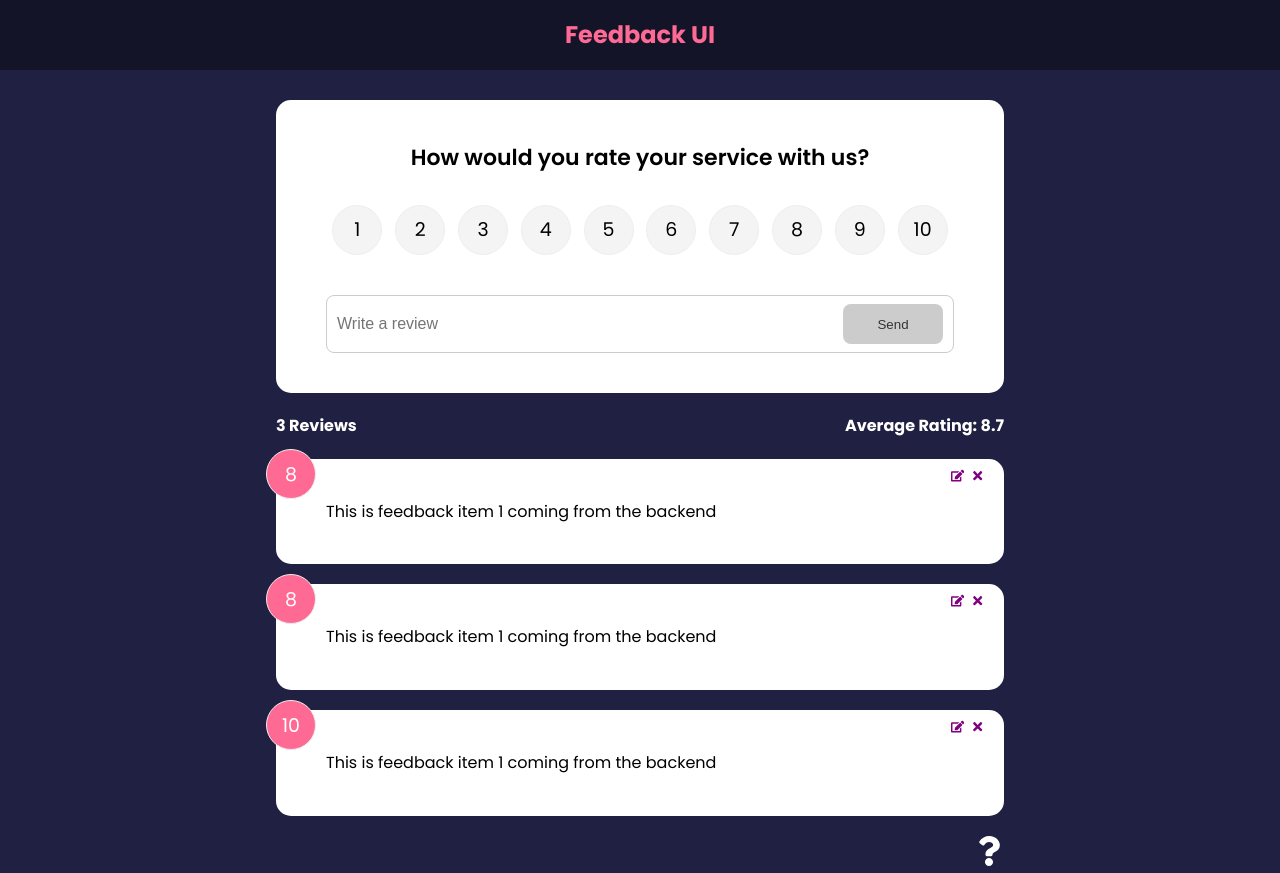
Repository: minhtien9/Feedback_App
Page: /
These files come from the project's save history. The page is drawn as it stood at one moment and after a run of saves; the edit follows.
The browser window is 1280 px wide. The pictures show the whole page.
The project was rebuilt for these pictures with package versions that can differ from the ones it lists, and the page was loaded fresh each time. Requests to the local data server were answered from the project's data file. Also part of the build but not shown: src/pages/AboutPage.jsx.

Above is the page before, as saved 2022-02-19 18:17:10.

### src/index.css
@import url('https://fonts.googleapis.com/css2?family=Poppins:wght@400;600;700&display=swap');

* {
    box-sizing: border-box;
    margin: 0;
    padding: 0;
}

body {
    font-family: 'Poppins', sans-serif;
    background-color: #202142;
    color: #fff;
    line-height: 1.6;
}

ul {
    list-style: none;
}

.container {
    max-width: 768px;
    margin: auto;
    padding: 0 20px;
}

header {
    height: 70px;
    width: 100%;
    display: flex;
    justify-content: space-between;
    align-items: center;
    margin-bottom: 30px;
}

.card {
    background-color: #fff;
    color: #333;
    border-radius: 15px;
    padding: 40px 50px;
    margin: 20px 0;
    position: relative;
}

.card.reverse {
    background-color: rgba(0, 0, 0, 0.4);
    color: #fff;
}

.card h2 {
    font-size: 22px;
    font-weight: 600;
    text-align: center;
}

.rating {
    display: flex;
    align-items: center;
    justify-content: space-around;
    margin: 30px 0 40px;
}

.rating li,
.num-display {
    position: relative;
    background: #f4f4f4;
    width: 50px;
    height: 50px;
    padding: 10px;
    text-align: center;
    border-radius: 50%;
    font-size: 19px;
    border: 1px #eee solid;
    transition: 0.3s;
}

.rating li label {
    position: absolute;
    top: 50%;
    left: 50%;
    width: 50px;
    height: 50px;
    padding: 10px;
    border-radius: 50%;
    transform: translate(-50%, -50%);
    cursor: pointer;
}

.rating li:hover,
.num-display {
    background: #ff6a95;
    color: #fff;
}

[type='radio'] {
    opacity: 0;
}

[type='radio']:checked ~ label {
    background: #ff6a95;
    color: #fff;
}

.input-group {
    display: flex;
    flex-direction: row;
    border: 1px solid #ccc;
    padding: 8px 10px;
    border-radius: 8px;
}

input {
    flex-grow: 2;
    border: none;
    font-size: 16px;
}

input:focus {
    outline: none;
}

.feedback-stats {
    color: #fff;
    display: flex;
    justify-content: space-between;
    align-items: center;
}

.num-display {
    position: absolute;
    top: -10px;
    left: -10px;
}

.close,
.edit {
    position: absolute;
    top: 10px;
    right: 20px;
    cursor: pointer;
    background: none;
    border: none;
}

.edit {
    right: 40px;
}

.btn {
    color: #fff;
    border: 0;
    border-radius: 8px;
    color: #fff;
    width: 100px;
    height: 40px;
    cursor: pointer;
}

.btn-primary {
    background-color: #202142;
}

.btn-secondary {
    background: #ff6a95;
}

.btn:hover {
    transform: scale(0.98);
    opacity: 0.9;
}

.btn:disabled {
    background-color: #cccccc;
    color: #333;
    cursor: auto;
}

.btn:disabled:hover {
    transform: scale(1);
    opacity: 1;
}

.message {
    padding-top: 10px;
    text-align: center;
    color: rebeccapurple;
}

/* FIX: Remove position: absolute to keep about icon at the bottom of the
 * document */
.about-link {
    display: flex;
    justify-content: flex-end;
}

/* FIX: Remove position: absolute to keep about icon at the bottom of the
 * document */
.about-link a {
    color: #fff;
    cursor: pointer;
}

.about-link a:hover {
    color: #ff6a95;
}

.about h1 {
    margin-bottom: 20px;
}

.about p {
    margin: 10px 0;
}

@media (max-width: 600px) {
    .rating li {
        margin: 10px 3px;
    }

    .rating {
        display: flex;
        align-items: center;
        justify-content: center;
        flex-wrap: wrap;
        margin: 30px 0 40px;
    }

    .input-group input {
        width: 80%;
    }
}

### src/App.js
import { BrowserRouter as Router, Route, Routes } from 'react-router-dom'
import AboutIcon from './components/AboutIcon'
import FeedbackForm from './components/FeedbackForm'
import FeedbackList from './components/FeedbackList'
import FeedbackStats from './components/FeedbackStats'
import Header from './components/Header'
import { FeedbackProvider } from './context/FeedbackContext'
import AboutPage from './pages/AboutPage'

function App() {
    return (
        <FeedbackProvider>
            <Router>
                <Header />
                <div className='container'>
                    <Routes>
                        <Route
                            exact
                            path='/'
                            element={
                                <>
                                    <FeedbackForm />
                                    <FeedbackStats />
                                    <FeedbackList />
                                </>
                            }
                        ></Route>

                        <Route path='/about' element={<AboutPage />}></Route>
                    </Routes>
                    <AboutIcon />
                </div>
            </Router>
        </FeedbackProvider>
    )
}

export default App

### src/components/AboutIcon.jsx
import { FaQuestion } from 'react-icons/fa'
import { Link } from 'react-router-dom'
AboutIcon.propTypes = {}

function AboutIcon() {
    return (
        <div className='about-link'>
            <Link to='/about'>
                <FaQuestion size={30} />
            </Link>
        </div>
    )
}

export default AboutIcon

### src/components/FeedbackForm.jsx
import { useContext, useEffect, useState } from 'react'
import Button from './UI/Button'
import Card from './UI/Card'
import RatingSelect from './RatingSelect'
import FeedbackContext from '../context/FeedbackContext'

FeedbackForm.propTypes = {}

function FeedbackForm() {
    const { addFeedback, feedbackEdit, updateFeedback } =
        useContext(FeedbackContext)
    const [text, setText] = useState('')
    const [btnDisabled, setBtnDisabled] = useState(true)
    const [message, setMessage] = useState('')
    const [rating, setRating] = useState(10)

    useEffect(() => {
        if (feedbackEdit.edit === true) {
            setBtnDisabled(false)
            setText(feedbackEdit.item.text)
            setRating(feedbackEdit.item.rating)
        }
    }, [feedbackEdit])

    const handleTextChange = (e) => {
        if (text === '') {
            setBtnDisabled(true)
            setMessage(null)
        } else if (text !== '' && text.trim().length <= 10) {
            setMessage('Text must be at least 10 characters')
            setBtnDisabled(true)
        } else {
            setBtnDisabled(false)
            setMessage(null)
        }
        setText(e.target.value)
    }

    const handleSubmit = (e) => {
        e.preventDefault()
        if (text.trim().length > 10) {
            const newFeedback = { text, rating }

            if (feedbackEdit.edit === true) {
                updateFeedback((feedbackEdit.item.id, newFeedback))
            } else {
                addFeedback(newFeedback)
            }

            setText('')
        }
    }
    return (
        <Card>
            <form onSubmit={handleSubmit}>
                <h2>How would you rate your service with us?</h2>

                <RatingSelect select={(rating) => setRating(rating)} />
                <div className='input-group'>
                    <input
                        onChange={handleTextChange}
                        type='text'
                        placeholder='Write a review'
                        value={text}
                    />
                    <Button type='submit' isDisabled={btnDisabled}>
                        Send
                    </Button>
                </div>
                {message && <div className='message'>{message}</div>}
            </form>
        </Card>
    )
}

export default FeedbackForm

### src/components/FeedbackList.jsx
import { AnimatePresence, motion } from 'framer-motion'
import { useContext } from 'react'
import FeedbackContext from '../context/FeedbackContext'
import FeedbackItem from './FeedbackItem'

function FeedbackList({ handeDelete }) {
    const { feedback, isLoading } = useContext(FeedbackContext)
    if (!isLoading && (!feedback || feedback.length === 0))
        return <p>No Feedback Yet</p>
    return (
        <div className='feedback-list'>
            <AnimatePresence>
                {feedback.map((item) => (
                    <motion.div
                        key={item.id}
                        initial={{ opacity: 0 }}
                        animate={{ opacity: 1 }}
                        exit={{ opacity: 0 }}
                    >
                        <FeedbackItem
                            key={item.id}
                            item={item}
                            handeDelete={handeDelete}
                        />
                    </motion.div>
                ))}
            </AnimatePresence>
        </div>
    )
}

export default FeedbackList

### src/components/FeedbackStats.jsx
import React, { useContext } from 'react'
import FeedbackContext from '../context/FeedbackContext'

function FeedbackStats() {
    const { feedback } = useContext(FeedbackContext)
    let average =
        feedback.reduce((acc, cur) => {
            return acc + cur.rating
        }, 0) / feedback.length

    average = average.toFixed(1).replace(/[.,]0$/, '')
    return (
        <div className='feedback-stats'>
            <h4>{feedback.length} Reviews</h4>
            <h4>Average Rating: {isNaN(average) ? 0 : average}</h4>
        </div>
    )
}

export default FeedbackStats

### src/components/Header.jsx
import React from 'react'
import PropTypes from 'prop-types'

Header.propTypes = {
    text: PropTypes.string,
    bgColor: PropTypes.string,
    textColor: PropTypes.string,
}

Header.defaultProps = {
    text: 'Feedback UI',
    bgColor: 'rgba(0,0,0,0.4)',
    textColor: '#ff6a95',
}

function Header({ text, bgColor, textColor }) {
    const headerStyles = { background: bgColor, color: textColor }
    return (
        <header style={headerStyles}>
            <div className='container'>
                <h2>{text}</h2>
            </div>
        </header>
    )
}

export default Header

### src/context/FeedbackContext.js
import { v4 as uuidv4 } from 'uuid'
import { createContext, useState, useEffect } from 'react'

const FeedbackContext = createContext()

export const FeedbackProvider = ({ children }) => {
    const [feedback, setFeedback] = useState([])
    const [isLoading, setIsLoading] = useState(true)

    useEffect(() => {
        fetchFeedback()
    }, [])

    // Fetch feedback
    const fetchFeedback = async () => {
        const response = await fetch(
            `http://localhost:5000/feedback?_sort=id&_order=desc`
        )

        const data = await response.json()

        setFeedback(data)
    }

    const [feedbackEdit, setFeedbackEdit] = useState({
        item: {},
        edit: false,
    })

    const addFeedback = (newFeedback) => {
        newFeedback.id = uuidv4()
        setFeedback([newFeedback, ...feedback])
    }

    const deleteFeedback = (id) => {
        if (window.confirm('Are you sure you want to delete?')) {
            setFeedback(feedback.filter((item) => item.id !== id))
        }
    }

    const updateFeedback = (id, upItem) => {
        setFeedback(
            feedback.map((item) =>
                item.id === id ? { ...item, ...upItem } : item
            )
        )
    }

    const editFeedback = (item) => {
        setFeedbackEdit({ item, edit: true })
    }

    return (
        <FeedbackContext.Provider
            value={{
                feedback,
                feedbackEdit,
                deleteFeedback,
                addFeedback,
                editFeedback,
                updateFeedback,
                isLoading,
            }}
        >
            {children}
        </FeedbackContext.Provider>
    )
}

export default FeedbackContext

### src/components/UI/Button.jsx
import React from 'react'
import PropTypes from 'prop-types'

Button.propTypes = {
    children: PropTypes.node.isRequired,
    version: PropTypes.string,
    type: PropTypes.string,
    isDisabled: PropTypes.bool,
}

Button.defaultProps = {
    version: 'primary',
    type: 'button',
    isDisabled: false,
}

function Button({ children, version, type, isDisabled }) {
    return (
        <button
            type={type}
            disabled={isDisabled}
            className={`btn btn-${version}`}
        >
            {children}
        </button>
    )
}

export default Button

### src/components/UI/Card.jsx
import React from 'react'
import PropTypes from 'prop-types'

Card.propTypes = {
    children: PropTypes.node.isRequired,
    reverse: PropTypes.bool,
}

Card.defaultProps = {
    reverse: false,
}

function Card({ children, reverse }) {
    return (
        <div
            className='card'
            style={{
                backgroundColor: reverse ? 'rgba(0,0,0,0.4)' : '#fff',
                color: reverse ? '#fff' : '#000',
            }}
        >
            {children}
        </div>
    )
}

export default Card

### src/components/RatingSelect.jsx
import { useContext, useEffect, useState } from 'react'
import FeedbackContext from '../context/FeedbackContext'

function RatingSelect({ select }) {
    const { feedbackEdit } = useContext(FeedbackContext)
    const [selected, setSelected] = useState(10)

    useEffect(() => {
        setSelected(feedbackEdit.item.rating)
    }, [feedbackEdit])

    const handleChange = (e) => {
        setSelected(+e.target.value)
        select(+e.target.value)
    }
    return (
        <ul className='rating'>
            <li>
                <input
                    type='radio'
                    id='num1'
                    name='rating'
                    value='1'
                    onChange={handleChange}
                    checked={selected === 1}
                />
                <label htmlFor='num1'>1</label>
            </li>
            <li>
                <input
                    type='radio'
                    id='num2'
                    name='rating'
                    value='2'
                    onChange={handleChange}
                    checked={selected === 2}
                />
                <label htmlFor='num2'>2</label>
            </li>
            <li>
                <input
                    type='radio'
                    id='num3'
                    name='rating'
                    value='3'
                    onChange={handleChange}
                    checked={selected === 3}
                />
                <label htmlFor='num3'>3</label>
            </li>
            <li>
                <input
                    type='radio'
                    id='num4'
                    name='rating'
                    value='4'
                    onChange={handleChange}
                    checked={selected === 4}
                />
                <label htmlFor='num4'>4</label>
            </li>
            <li>
                <input
                    type='radio'
                    id='num5'
                    name='rating'
                    value='5'
                    onChange={handleChange}
                    checked={selected === 5}
                />
                <label htmlFor='num5'>5</label>
            </li>
            <li>
                <input
                    type='radio'
                    id='num6'
                    name='rating'
                    value='6'
                    onChange={handleChange}
                    checked={selected === 6}
                />
                <label htmlFor='num6'>6</label>
            </li>
            <li>
                <input
                    type='radio'
                    id='num7'
                    name='rating'
                    value='7'
                    onChange={handleChange}
                    checked={selected === 7}
                />
                <label htmlFor='num7'>7</label>
            </li>
            <li>
                <input
                    type='radio'
                    id='num8'
                    name='rating'
                    value='8'
                    onChange={handleChange}
                    checked={selected === 8}
                />
                <label htmlFor='num8'>8</label>
            </li>
            <li>
                <input
                    type='radio'
                    id='num9'
                    name='rating'
                    value='9'
                    onChange={handleChange}
                    checked={selected === 9}
                />
                <label htmlFor='num9'>9</label>
            </li>
            <li>
                <input
                    type='radio'
                    id='num10'
                    name='rating'
                    value='10'
                    onChange={handleChange}
                    checked={selected === 10}
                />
                <label htmlFor='num10'>10</label>
            </li>
        </ul>
    )
}

export default RatingSelect

### src/components/FeedbackItem.jsx
import { FaTimes, FaEdit } from 'react-icons/fa'
import PropTypes from 'prop-types'
import Card from './UI/Card'
import { useContext } from 'react'
import FeedbackContext from '../context/FeedbackContext'

FeedbackItem.propTypes = {
    item: PropTypes.object.isRequired,
}

function FeedbackItem({ item, handleDelete }) {
    const { deleteFeedback, editFeedback } = useContext(FeedbackContext)
    return (
        <Card>
            <div className='num-display'>{item.rating}</div>
            <button onClick={() => deleteFeedback(item.id)} className='close'>
                <FaTimes color='purple' />
            </button>
            <button onClick={() => editFeedback()} className='edit'>
                <FaEdit color='purple' />
            </button>
            <div className='text-display'>{item.text}</div>
        </Card>
    )
}

export default FeedbackItem

### db.json
{
    "feedback": [
        {
            "id": 1,
            "rating": 10,
            "text": "This is feedback item 1 coming from the backend"
        },
        {
            "id": 2,
            "rating": 8,
            "text": "This is feedback item 1 coming from the backend"
        },
        {
            "id": 3,
            "rating": 8,
            "text": "This is feedback item 1 coming from the backend"
        }
    ]
}

### src/components/UI/Spinner.jsx
import spinner from '../assets/spinner.gif'
function Spinner() {
    return (
        <img
            src={spinner}
            alt='Loading...'
            style={{ width: '100px', margin: 'auto', display: 'block' }}
        />
    )
}

export default Spinner

Loaded but not shown: public/index.html (common file); src/index.js (common file)

After the next 2 saves:
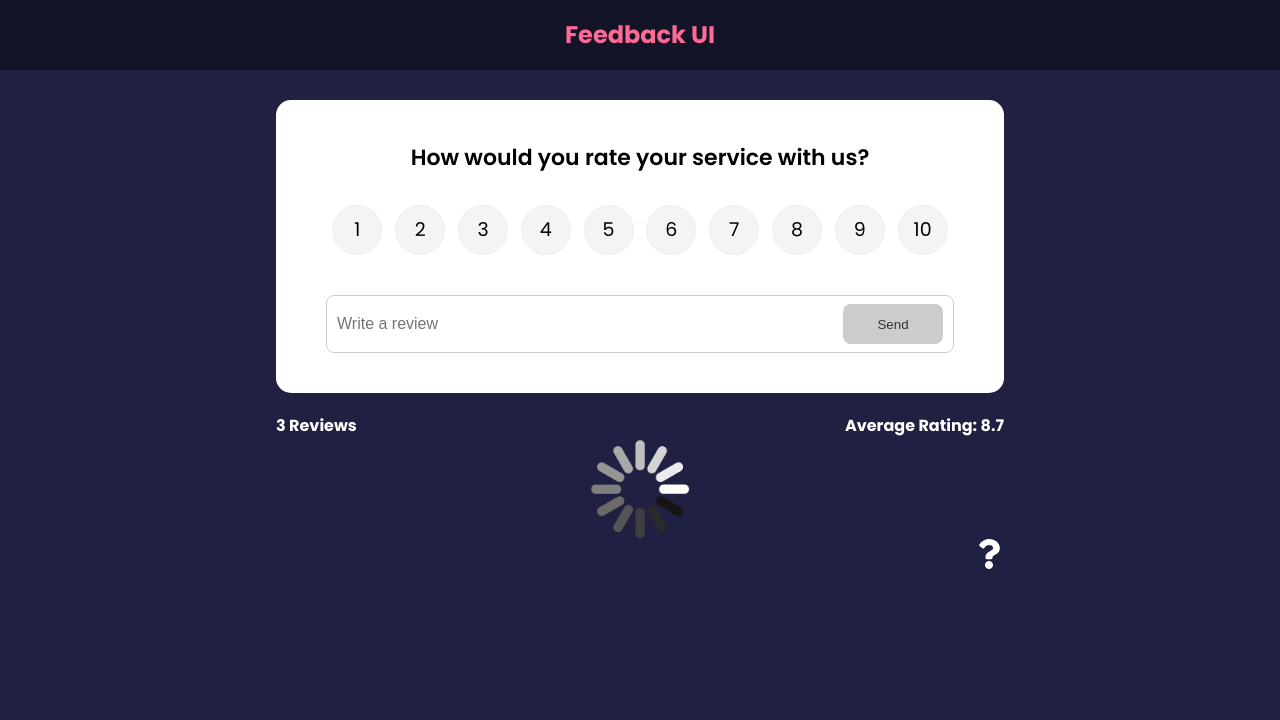
The 2 saves are shown as one change because 1 did not build or start.
The last was saved 66 s later.
--- a/src/components/FeedbackList.jsx
+++ b/src/components/FeedbackList.jsx
@@ -2,12 +2,15 @@
 import { useContext } from 'react'
 import FeedbackContext from '../context/FeedbackContext'
 import FeedbackItem from './FeedbackItem'
+import Spinner from './UI/Spinner'
 
 function FeedbackList({ handeDelete }) {
     const { feedback, isLoading } = useContext(FeedbackContext)
     if (!isLoading && (!feedback || feedback.length === 0))
         return <p>No Feedback Yet</p>
-    return (
+    return isLoading ? (
+        <Spinner />
+    ) : (
         <div className='feedback-list'>
             <AnimatePresence>
                 {feedback.map((item) => (

After the 3 saves that followed:
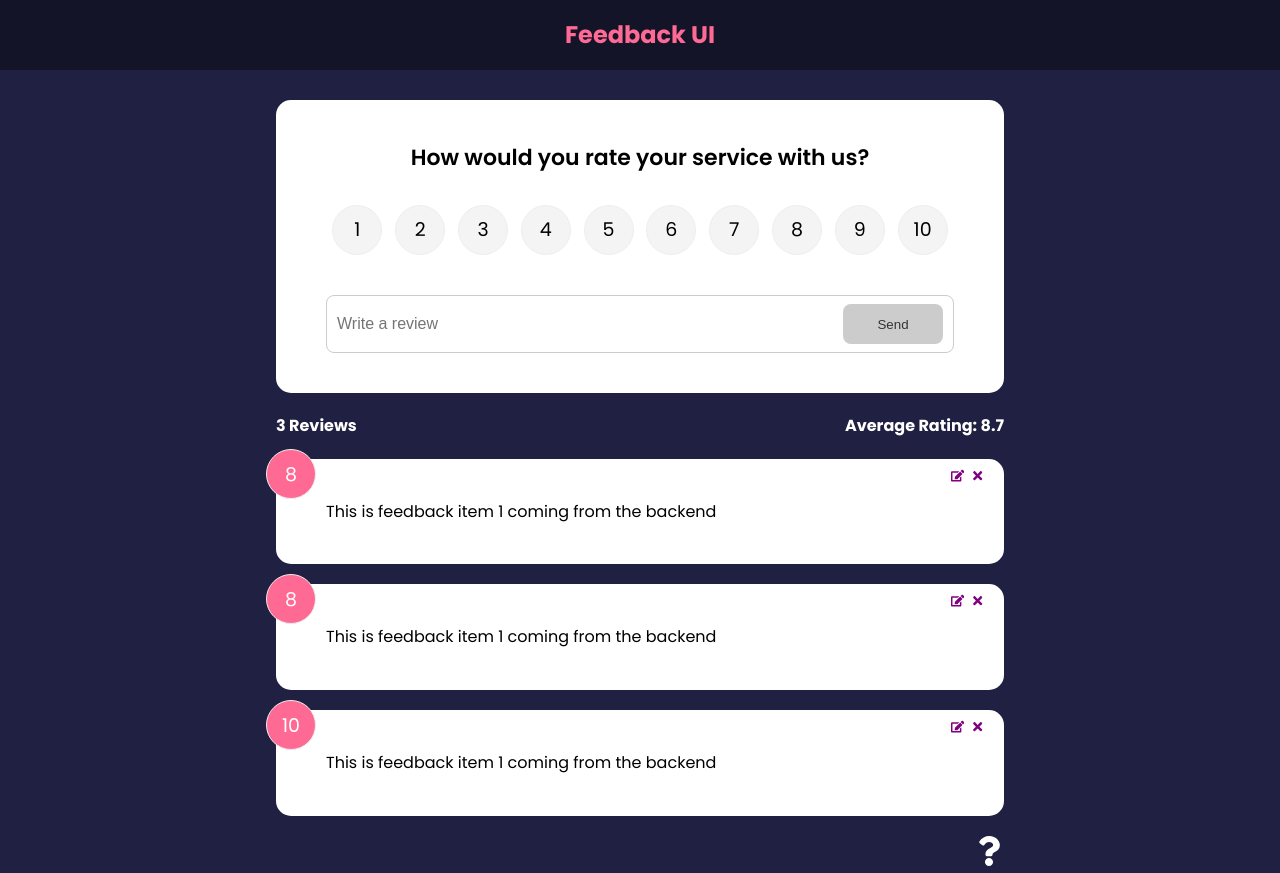
The 3 saves are shown as one change because 2 left the picture as it was.
The last was saved 4 min 31 s later.
--- a/src/components/FeedbackList.jsx
+++ b/src/components/FeedbackList.jsx
@@ -6,8 +6,10 @@
 
 function FeedbackList({ handeDelete }) {
     const { feedback, isLoading } = useContext(FeedbackContext)
-    if (!isLoading && (!feedback || feedback.length === 0))
+    if (!isLoading && (!feedback || feedback.length === 0)) {
         return <p>No Feedback Yet</p>
+    }
+
     return isLoading ? (
         <Spinner />
     ) : (
--- a/src/context/FeedbackContext.js
+++ b/src/context/FeedbackContext.js
@@ -20,6 +20,7 @@ export const FeedbackProvider = ({ children }) => {
         const data = await response.json()
 
         setFeedback(data)
+        setIsLoading(false)
     }
 
     const [feedbackEdit, setFeedbackEdit] = useState({
